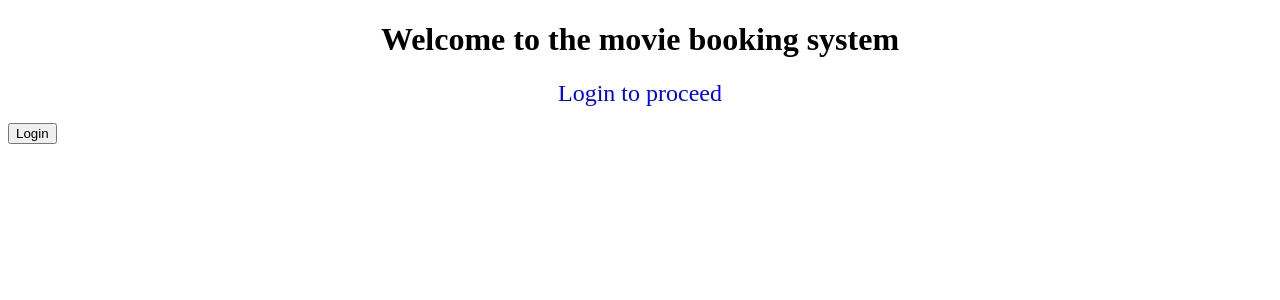
Repository: shesha1096/Java-Programs
Page: http://localhost/MovieTicketBooking/
An editor plug-in stored every save of this project. The page is shown before and after the next save, followed by the edit.
The browser window is 1280 px wide. The pictures show the whole page.
The page is served by Tomcat 9. Other server files are loaded and not shown.

Above is the page before, as saved 2018-07-21 06:20:24.

### MovieTicketBooking/WebContent/index.jsp
<%@ page language="java" contentType="text/html; charset=ISO-8859-1"
    pageEncoding="ISO-8859-1"%>
<!DOCTYPE html PUBLIC "-//W3C//DTD HTML 4.01 Transitional//EN" "http://www.w3.org/TR/html4/loose.dtd">
<html>
<head>
<meta http-equiv="Content-Type" content="text/html; charset=ISO-8859-1">
<title>Movie Ticket Booking</title>
<style>
#form1
{
align:center;
}
</style>
</head>
<body>
<h1 style="text-align:center"> Welcome to the movie booking system</h1>
<p style="text-align:center"><font size="5" color="blue" > Login to proceed</font></p>
<div id="form1">
<form action="/fs">
<input type="submit" name="action" value="Login" />
</form>
</div>
</body>
</html>

After the next save:
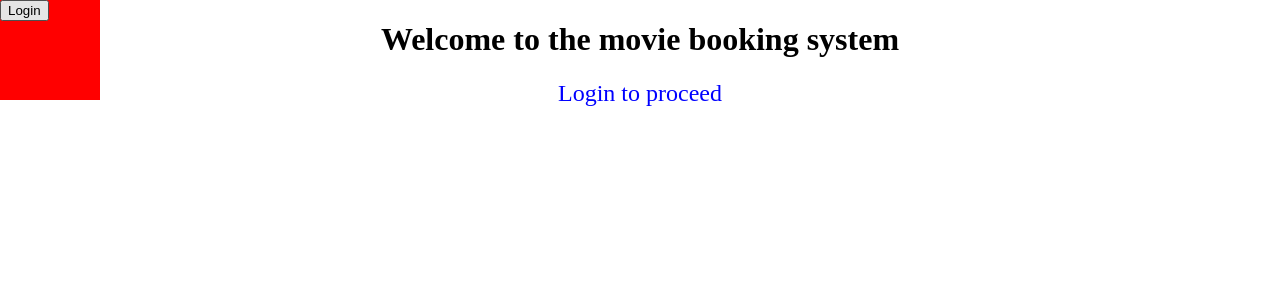
Saved 54 s later.
--- a/MovieTicketBooking/WebContent/index.jsp
+++ b/MovieTicketBooking/WebContent/index.jsp
@@ -8,7 +8,16 @@
 <style>
 #form1
 {
-align:center;
+width: 100px;
+    height: 100px;
+    background-color: red;
+
+    position: absolute;
+    top:0;
+    bottom: 0;
+    left: 0;
+    right: 0;
+
 }
 </style>
 </head>
